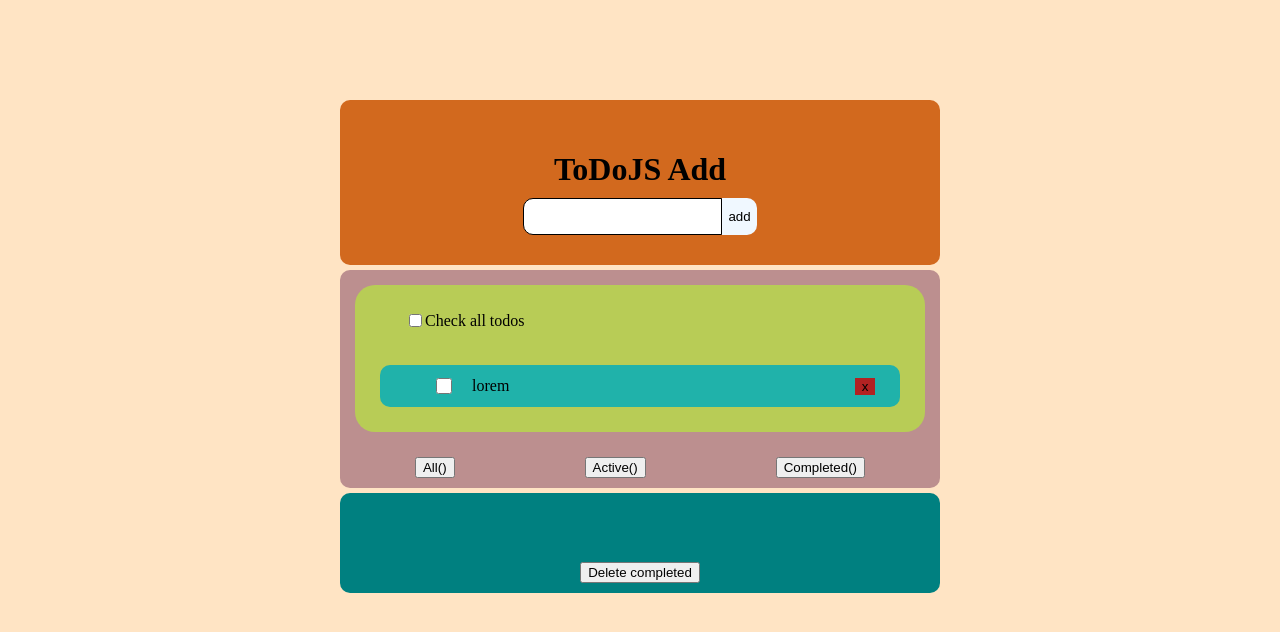
Repository: Savich01/ToDo
Page: index.html
The author's editor kept a copy of each file at every save. The page is drawn from the files as they stood at one save, then again after the next save.
The browser window is 1280 px wide. The pictures show the whole page.

Above is the page before, as saved 2024-05-08 10:47:16.

### index.html
<!DOCTYPE html>
<html lang="en">
<head>
    <meta charset="UTF-8">
    <meta name="viewport" content="width=device-width, initial-scale=1.0">
    <link rel="stylesheet" href="css/style.css">
    <title>ToDO</title>
</head>
<body>
    <header class="header">
        <div class="header-block">
            <div class="header-block__sub">
                <h1 class="title">ToDoJS Add</h1>
                <form class="personal" action="#">
                    <input class="personal-input" type="text">
                    <button class="personal-btn">add</button>
                </form>
            </div>
        </div>
    </header>
     <main class="main">
        <div class="main-block">

            <div class="main-container">
                <ul class="main-container--list2">
                    <li class="main-container--list-link">
                        <input class="checkbox-active" type="checkbox">
                        <span>Check all todos</span>
                    </li>
                </ul>

                <ul class="main-container--list">
                    <li class="main-container--list-link">
                        <input class="main-checked" type="checkbox" data-action = "done">
                        <span class="main-text main-text--done">lorem</span>
                    </li>
                    <button class="main--list-btn" data-action = "delete">
                        х
                    </button>
               </ul>
            </div>




            <div class="main-button">
                 <button class="main-btn1">All()</button>
                 <button class="main-btn2">Active()</button>
                 <button class="main-btn3">Completed()</button>
            </div>
            </div>
     </main>
     <footer class="footer">
        <div class="footer-block">
            <div class="footer-btn">
                <button class="btn">Delete completed</button>
            </div>
        </div>
     </footer>
        <script src="js/script.js"></script>
</body>
</html>

### css/style.css
ul,li {
    text-decoration: none;
    list-style: none;
}


/*------------HEADER-------------------------------------*/

body {
    max-width: 100%;
    background: #FFE4C4;
}
.header {
    margin-top: 100px;
    margin-bottom: 5px;
}
.header-block {
    max-width: 600px;
    margin: 0 auto;
    background: #D2691E;
    border-radius: 10px;
}
 .header-block__sub {
    display: flex;
    flex-direction: column;
    justify-content: center;
    align-items: center;
    padding: 30px 0px;
 }

 .title {
    margin-bottom: 10px;
 }

 .personal {
    display: flex;
    justify-content: center;
 }

 .personal-input{
    padding: 10px;
    border: 1px solid #000;
    border-radius: 10px 0px 0px 10px;
 }
.personal-btn {
    border: none;
    background-color: aliceblue;
    border-radius: 0px 10px 10px 0px;
    cursor: pointer;
}
/*------------------MAIN-------------------------------------*/

.main-block {
   max-width: 600px;
   margin: 0 auto;
   background: #BC8F8F;
   min-height: 70px;
   border-radius: 10px;
   display:flex;
   flex-direction: column;
   justify-content: space-between;
   margin-bottom: 5px;
}
.main-button {
    padding: 10px;
    display: flex;
    align-items: flex-end;
    justify-content: space-around

}
.main-container {
    background: rgba(183, 231, 62, 0.699);
    border-radius: 20px;
    margin: 15px;
    /* display: none; */
}
.main-container--list2{
    display: flex;
    align-items: center;
}
.main-container--list{
    background-color: #20B2AA;
    border-radius: 10px;
    margin: 25px;
    display: flex;
    align-items: center;
    justify-content: space-between;
}
.main-container--list-link {
    padding: 10px;
    display: flex;
    align-items: center;
}
.main-checked{
    width: 20px;
    height: 16px;
    cursor: pointer;
}
.main-text{
    display: inline-block;
    margin-left: 15px;
}
.main--list-btn{
    min-width: 20px;
    max-width: 23px;
    background: #FFFFE0;
    align-items: center;
    margin-right: 25px;
    cursor: pointer;
    border: none;
    background: #B22222;
}

/*------------------FOOTER--------------------------------------------------*/

.footer-block {
    max-width: 600px;
    margin: 0 auto;
    background: #008080;
    height: 100px;
    border-radius: 10px;
    display: flex;
    align-items: flex-end;
    justify-content: space-around;
}
.footer-btn {
    padding: 10px;
}

### js/script.js
"Use strict";

const form = document.querySelector('.personal');
const input = document.querySelector('.personal-input');
const block = document.querySelector('.main-container');
const addList = document.querySelector('.main-container--list')
const mainBlock = document.querySelector('.main-block');

function addTask(){
    // Отменяем отправку формы
    event.preventDefault();

    // Достаем текст задачи из поля ввода

    const taskText = input.value;
    console.log(taskText);

    //Формируем разметку для новой задачи

    const taskHTML = `<ul class="main-container--list">
                    <li class="main-container--list-link">
                        <input class="main-checked" type="checkbox" data-action = "done">
                        <span class="main-text">${taskText}</span>
                    </li>
                    <button class="main--list-btn" data-action = "delete">
                        х
                    </button>
               </ul>
                    `


    // Добавляем задачу на страницу

    block.insertAdjacentHTML('beforeend', taskHTML)

    // Отчищаем поле ввода

    input.value = '';
    input.focus();

}



// Добавление задачи
form.addEventListener('submit', addTask);

// // Удаление задачи
block.addEventListener('click', deleteTask);

function deleteTask(event){


    if(event.target.dataset.action === 'delete'){

        const perentNode = event.target.closest('.main-container--list');
        perentNode.remove();
    };
};

// Отмечаем задачу завершенной

block.addEventListener('click', doneTask)

function doneTask(event) {
    if(event.target.dataset.action === 'done'){
        const perentNode = event.target.closest('.main-container--list');
        const taskTitle = perentNode.querySelector('.main-text');
        taskTitle.classList.toggle('main-text--done');
    }
}

After the next save:
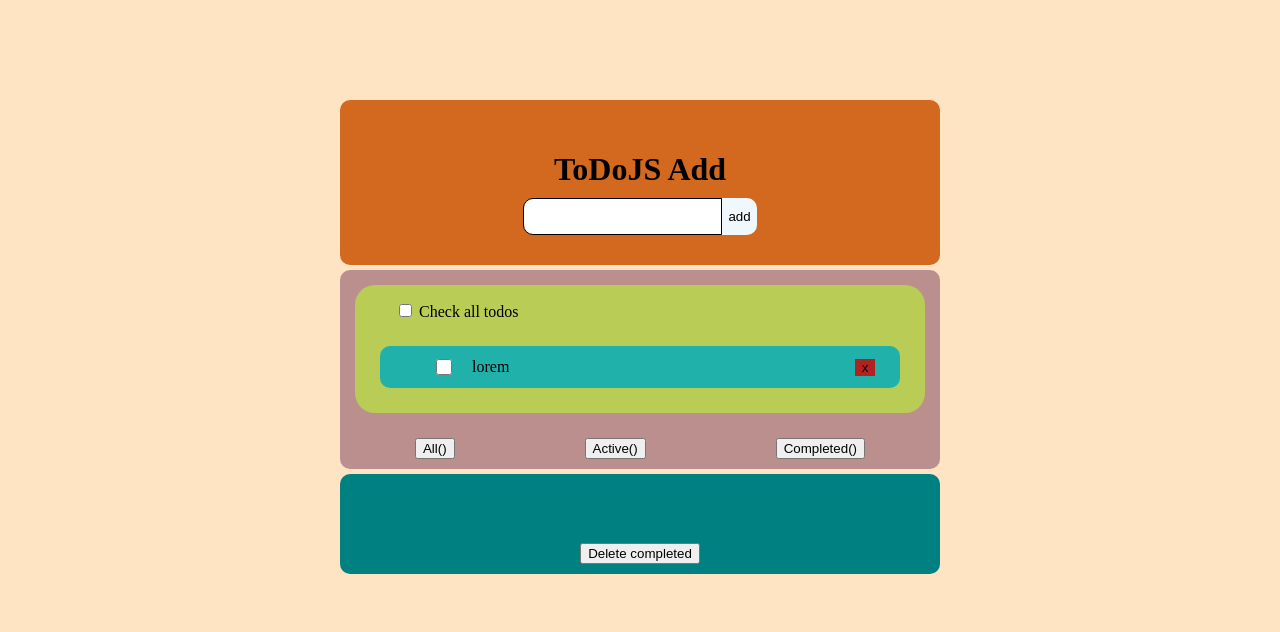
Saved 17 s later.
--- a/index.html
+++ b/index.html
@@ -23,7 +23,7 @@
 
             <div class="main-container">
                 <ul class="main-container--list2">
-                    <li class="main-container--list-link">
+                    <li class="main-container--list-link2">
                         <input class="checkbox-active" type="checkbox">
                         <span>Check all todos</span>
                     </li>
